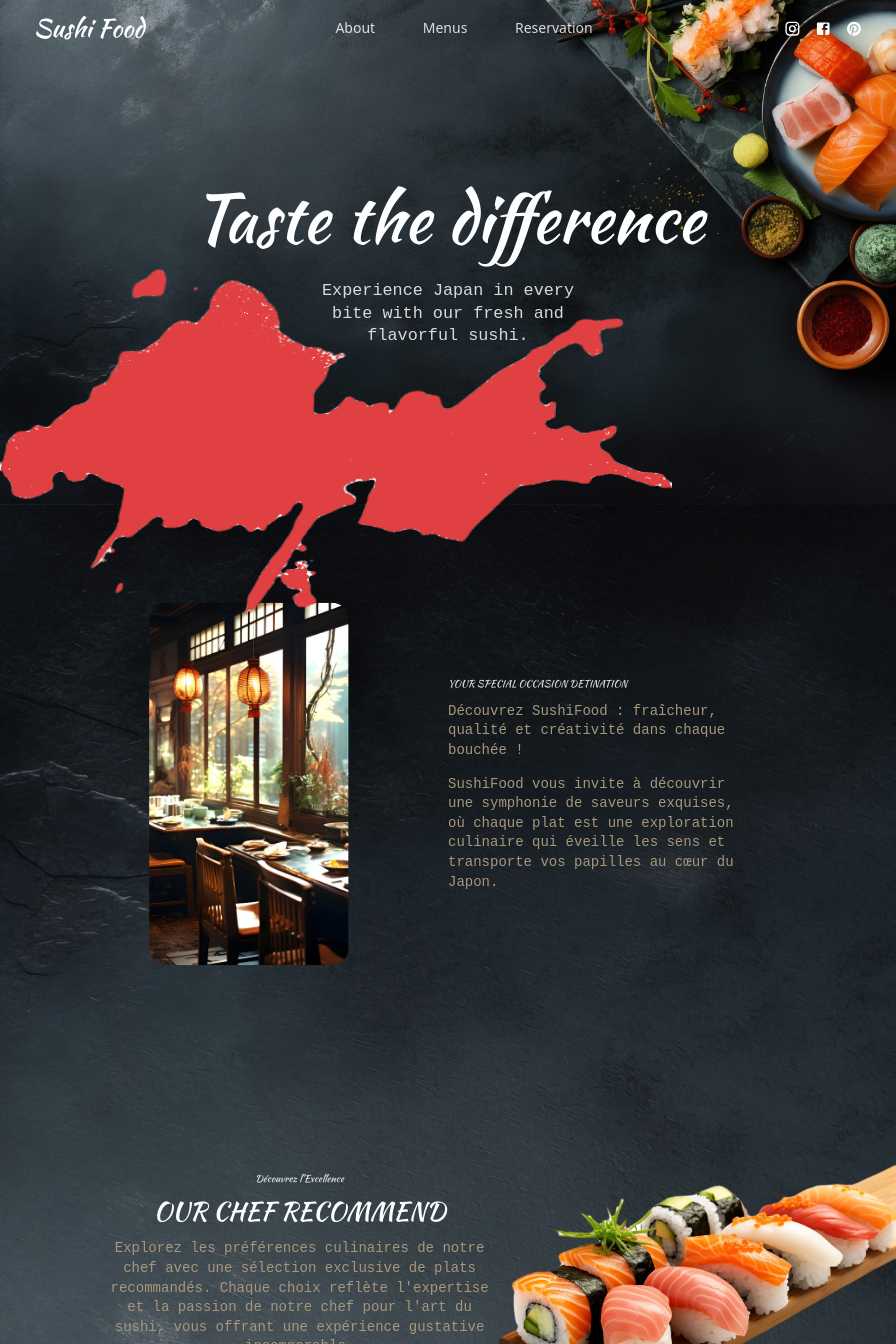
Repository: Adrien-legeleu/sushi-food
Page: /
These files come from the project's save history. The page is drawn as it stood at one moment and after the next save; the edit follows.
The browser window is 1280 px wide. The pictures show the part of the page from y = 0 to 1920 px (the page is 3217 px tall), at 70% of full size.
Backgrounds fixed to the window are drawn as part of the page. Some web fonts or font styles are not loaded; a fallback is used. The project was rebuilt for these pictures with package versions that can differ from the ones it lists, and the page was loaded fresh each time. Also part of the build but not shown: vite.config.ts.

Above is the page before, as saved 2024-04-30 14:42:41.

### src/App.tsx
import { About, Contact, Header, Landing, Menu } from "./Components"
import { Footer } from "./Components/Footer"

const App =()=> {
  return (
    <div className="bg-greenBlack h-full w-full gap-20">
      <Header/>
      <Landing/>
      <div className="h-full w-full bg-[url('././assets/fond.jpeg')]  bg-cover bg-center relative">
          <About/>
           <Menu/>
      </div>
      <Contact/>
      <Footer/>
    </div>
  )
}

export default App

### src/index.css
@import url('https://fonts.googleapis.com/css2?family=Kaushan+Script&family=Nanum+Gothic+Coding&display=swap');

@tailwind base;
@tailwind components;
@tailwind utilities;

*{
    margin: 0;
    padding: 0;
    box-sizing: border-box;
}

### src/Components/index.ts
export * from "./Landing";
export * from "./Header";
export * from "./About";
export * from "./Menu";
export * from "./Contact";

### src/Components/Footer.tsx
export const Footer =()=>{
    return(
        <div className="h-full w-full grid grid-cols-3  itmes-center justify-center p-10 pb-20 pt-20">
            <h2 className="font-title text-whiteTitle text-5xl">
                Sushi Food
            </h2>
            <ul className="text-center">
                <li className="font-text text-whiteText">mentions légales</li>
                <li className="font-text text-whiteText" >politique de confidentialité</li>
                <li><a className="font-text text-whiteText" href="https://mino-design.netlify.app" target="_">Mino , votre site web Gratuit</a></li>
                <li className="font-text text-whiteText">© 2024 Mino</li>
            </ul>
            <div className="text-center flex flex-col gap-5">
                <p className="font-title text-whiteText">site design by <a className="font-text" href="https://mino-design.netlify.app" target="_">Mino</a></p>
                <a href="https://mino-design.netlify.app" target="_">
                    <button className=" m-auto font-text text-whiteText p-2 pl-4 pr-4 bg-redBG rounded-full">
                    votre site gratuit
                </button>
                </a>
            </div>
        </div>
    )
}

### src/Components/Landing.tsx
export const Landing =()=>{
    return(
        <div className="h-screen w-full bg-[url('././assets/mainfond.jpg')] bg-cover bg-center-top flex items-center justify-center flex-col gap-10 pt-10">
            <h1 className="font-title text-whiteTitle text-8xl">Taste the difference</h1>
            <p className="text-whiteText font-text text-2xl text-center w-1/3">Experience Japan in every bite with our fresh and flavorful sushi.</p>
        </div>
    )
}

### src/Components/Header.tsx
import InstagramIcon from '@mui/icons-material/Instagram';
import FacebookIcon from '@mui/icons-material/Facebook';
import PinterestIcon from '@mui/icons-material/Pinterest';
export const Header =()=>{
    return (
        <div className='fixed h-20 w-full max-w-[1400px] top-0 left-1/2 -translate-x-1/2 flex justify-between items-center pl-12 pr-12'>
            <h2 className='font-title text-4xl text-whiteTitle'>Sushi Food</h2>
            <ul className='flex items-center gap-5 justify-between text-whiteText text-xl'>
                <li className='cursor-pointer  duration-200 hover:bg-red rounded-full p-6 pt-2 pb-2'>About</li>
                <li className='cursor-pointer  duration-200 hover:bg-red rounded-full p-6 pt-2 pb-2'>Menus</li>
                <li className='cursor-pointer  duration-200 hover:bg-red rounded-full p-6 pt-2 pb-2'>Reservation</li>
            </ul>
            <ul className='flex items-center justify-between gap-5  text-whiteTitle'>
                <li className='cursor-pointer  duration-300 hover:scale-125'>
                    <InstagramIcon/>


                </li>
                <li className='cursor-pointer  duration-300 hover:scale-125'> <FacebookIcon/></li>
                <li className='cursor-pointer  duration-300 hover:scale-125'><PinterestIcon/></li>
            </ul>
        </div>
    )
}

### src/Components/About.tsx
export const About =()=>{
    return(
        <div className="h-screen w-full  relative flex items-center justify-center ">
            <div className="absolute w-3/4 h-3/4  -top-1/2 left-0">
                <img className="w-full h-full object-contain" src="./tache.png" alt="cerisier" />
            </div>
            <div className="flex items-center mt-20 w-2/3 h-[90%] ">
                <div className="flex-1 h-[80%]">
                    <img className="w-2/3 h-full rounded-3xl object-cover" src="./picture.jpeg" alt="" />
                </div>
                <div className="flex-1 flex gap-4 flex-col">
                    <h6 className="text-whiteText text-sm font-title">YOUR SPECIAL OCCASION DETINATION</h6>
                    <h2 className="text-green text-xl font-text">Découvrez SushiFood : fraîcheur, qualité et créativité dans chaque bouchée !</h2>
                    <p className="text-green text-xl font-text mt-1">SushiFood vous invite à découvrir une symphonie de saveurs exquises, où chaque plat est une exploration culinaire qui éveille les sens et transporte vos papilles au cœur du Japon.</p>
                </div>
            </div>
        </div>
    )
}

### src/Components/Menu.tsx
export const Menu = ()=>{
    return(
        <div className="h-screen w-full pl-36">
            <div className="flex items-center mt-20 w-full h-[90%] ">
                <div className="flex-1 flex gap-4 flex-col text-center relative ">
                    <h6 className="text-whiteText text-sm font-title">Découvrez l'Excellence</h6>
                    <h2 className="text-whiteTitle text-4xl font-title">OUR CHEF RECOMMEND</h2>
                    <p className="text-green text-xl font-text mt-1">Explorez les préférences culinaires de notre chef avec une sélection exclusive de plats recommandés. Chaque choix reflète l'expertise et la passion de notre chef pour l'art du sushi, vous offrant une expérience gustative incomparable.</p>
                    <button className=" mt-5 p-2 pl-4 pr-4 hover:brightness-90 duration-300  bg-redBG rounded-full m-auto text-whiteText">OUR MENU</button>
                </div>
                <div className="flex-1 h-[80%]">
                    <img className="w-full h-full  rounded-3xl object-contain" src="./psd.png" alt="" />
                </div>
            </div>
        </div>
    )
}

### src/Components/Contact.tsx
import { styled, TextField } from "@mui/material"

export const Contact =()=>{
    return(
        <div  className="h-screen w-full bg-[url('././assets/contact-fond.jpg')] bg-cover bg-bottom bg-fixed flex flex-col items-center justify-center">
            <h2 className="font-title text-6xl text-green pl-[50%] pr-[10%] mb-10 ">Contactez-nous</h2>
            <form className="flex flex-col w-full pl-[50%] pr-[10%] gap-5">
                <StyledTextField  id="name" label="name" variant="standard" />
                <StyledTextField id="email" label="email" variant="standard" />
                <StyledTextField id="tel" label="tel" variant="standard" />
                <StyledTextField id="message" label="message" variant="standard" />
            </form>
        </div>
    )
}

const StyledTextField = styled(TextField)({
    "& .MuiInputBase-input": {
        color: "white", // Couleur du texte blanc
        fontSize: "18px", // Taille de police augmentée
    },
    "& .MuiInput-underline:after": {
        borderBottomColor: "#a1a1a1",
    },
     "& .MuiInput-underline:before": {
        borderBottomWidth: "2px",
        padding: "10px",
        borderBottomColor: "#a9a9a9",
        borderRadius: "2px", // Border radius ajouté
    },
    "& .MuiFormLabel-root": {
        color: "white", // Couleur du placeholder blanc
    },
    "& .MuiFormLabel-root.Mui-focused": {
        color: "#a1a1a1",
    },
});

### tailwind.config.js
/** @type {import('tailwindcss').Config} */
export default {
  content: ["./index.html", "./src/**/*.{js,ts,jsx,tsx}"],
  theme: {
    extend: {
      backgroundColor: {
        greenBlack: "#0B1517",
        redBG: "#DD2B2D",
      },
      colors: {
        green: "#A6977C",
        red: "#DD2B2D",
        whiteTitle: "#FCFEFF",
        whiteText: "#FCFEFFD5",
      },
    },
    fontFamily: {
      title: ["Kaushan Script", "cursive"],
      text: ["Nanum Gothic Coding", "monospace"],
    },
  },
  plugins: [],
};

Loaded but not shown: index.html (common file); src/main.tsx (common file)

After the next save:
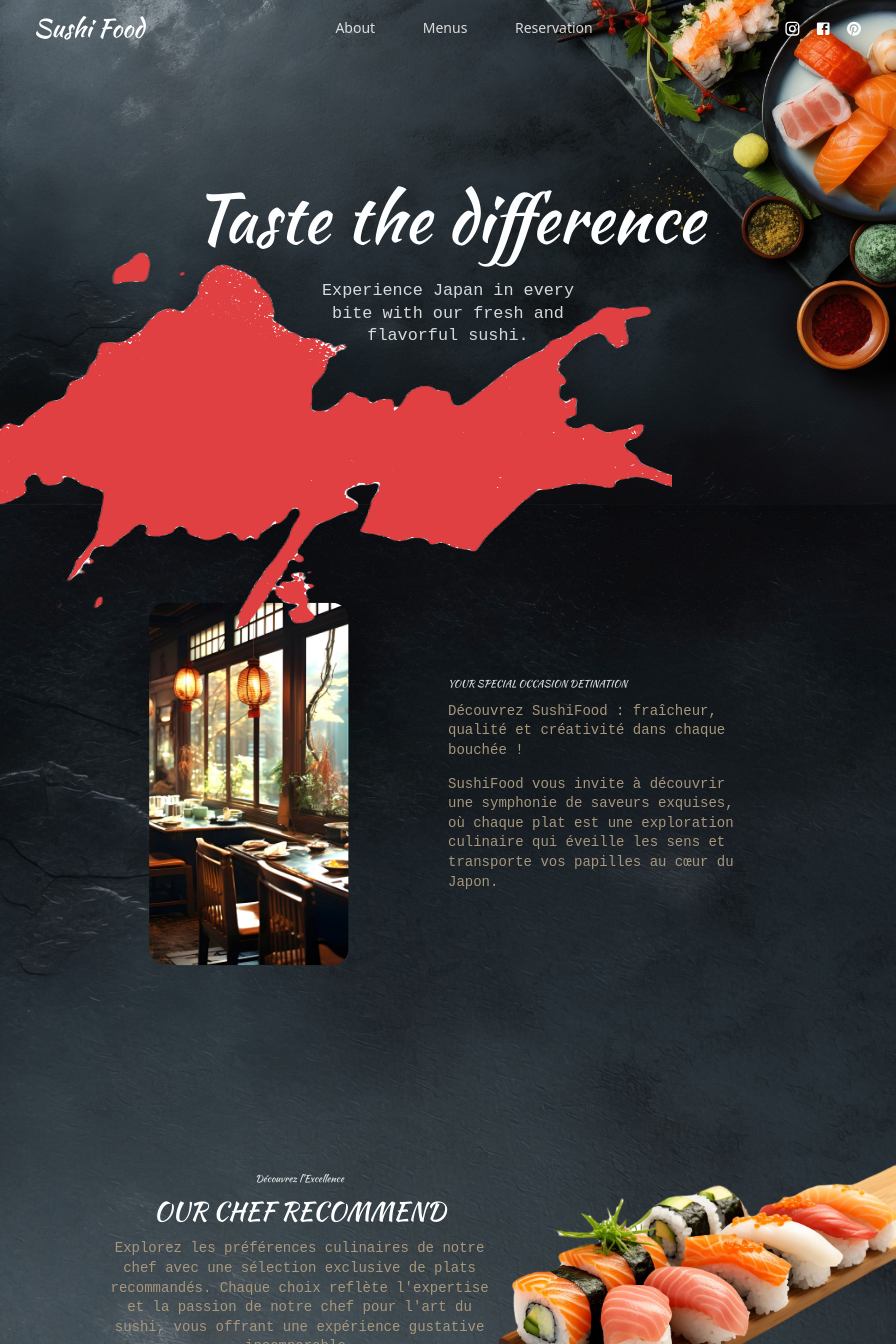
Saved 19 s later.
--- a/src/Components/About.tsx
+++ b/src/Components/About.tsx
@@ -2,7 +2,7 @@ export const About =()=>{
     return(
         <div className="h-screen w-full  relative flex items-center justify-center ">
             <div className="absolute w-3/4 h-3/4  -top-1/2 left-0">
-                <img className="w-full h-full object-contain" src="./tache.png" alt="cerisier" />
+                <img className="w-full h-full object-cover" src="./tache.png" alt="cerisier" />
             </div>
             <div className="flex items-center mt-20 w-2/3 h-[90%] ">
                 <div className="flex-1 h-[80%]">
